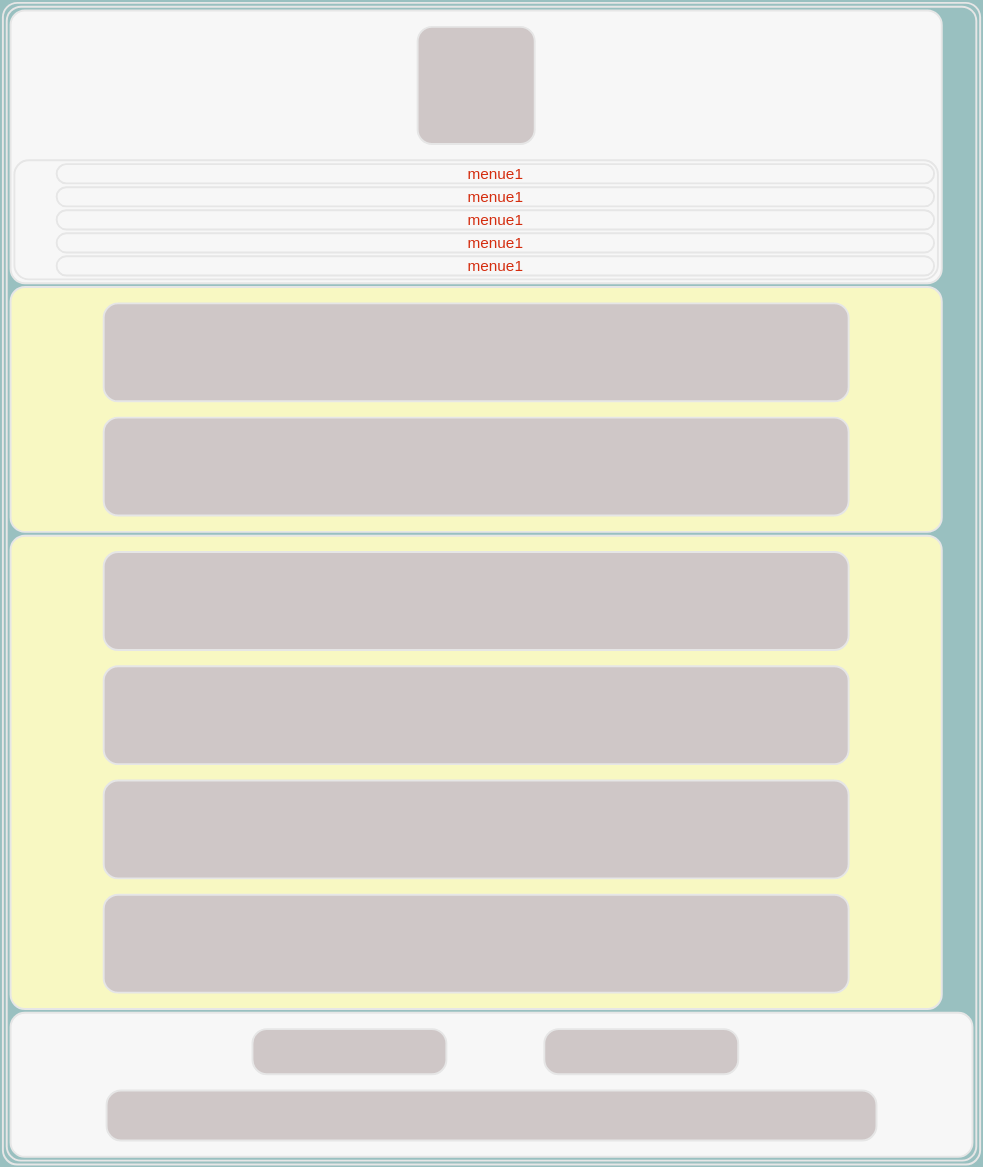
Repository: clairedupuich/cv-claireDUPUICH
Page: cv.html
The author's editor kept a copy of each file at every save. The page is drawn from the files as they stood at one save, then again after the next save.
The browser window is 1024 px wide. The pictures show the whole page, at 96% of full size.

Above is the page before, as saved 2020-10-08 16:27:03.

After the next save:
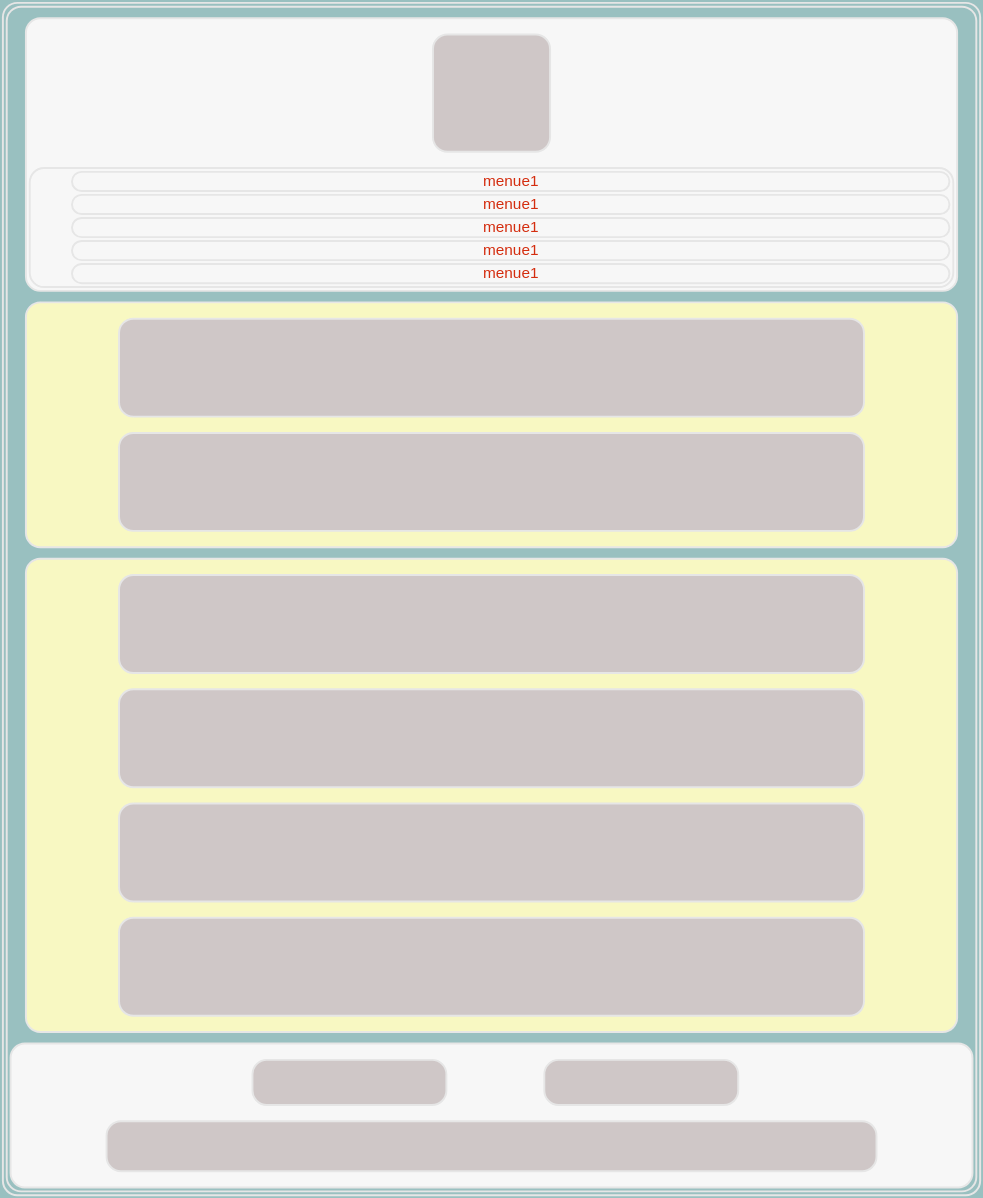
Saved 66 s later.
--- a/cv.css
+++ b/cv.css
@@ -68,7 +68,7 @@
 
     }
     section {
-        margin-top: 10px auto;
+        margin: 10px auto;
         width: 96%;
         background-color: rgb(248, 248, 194);
 
